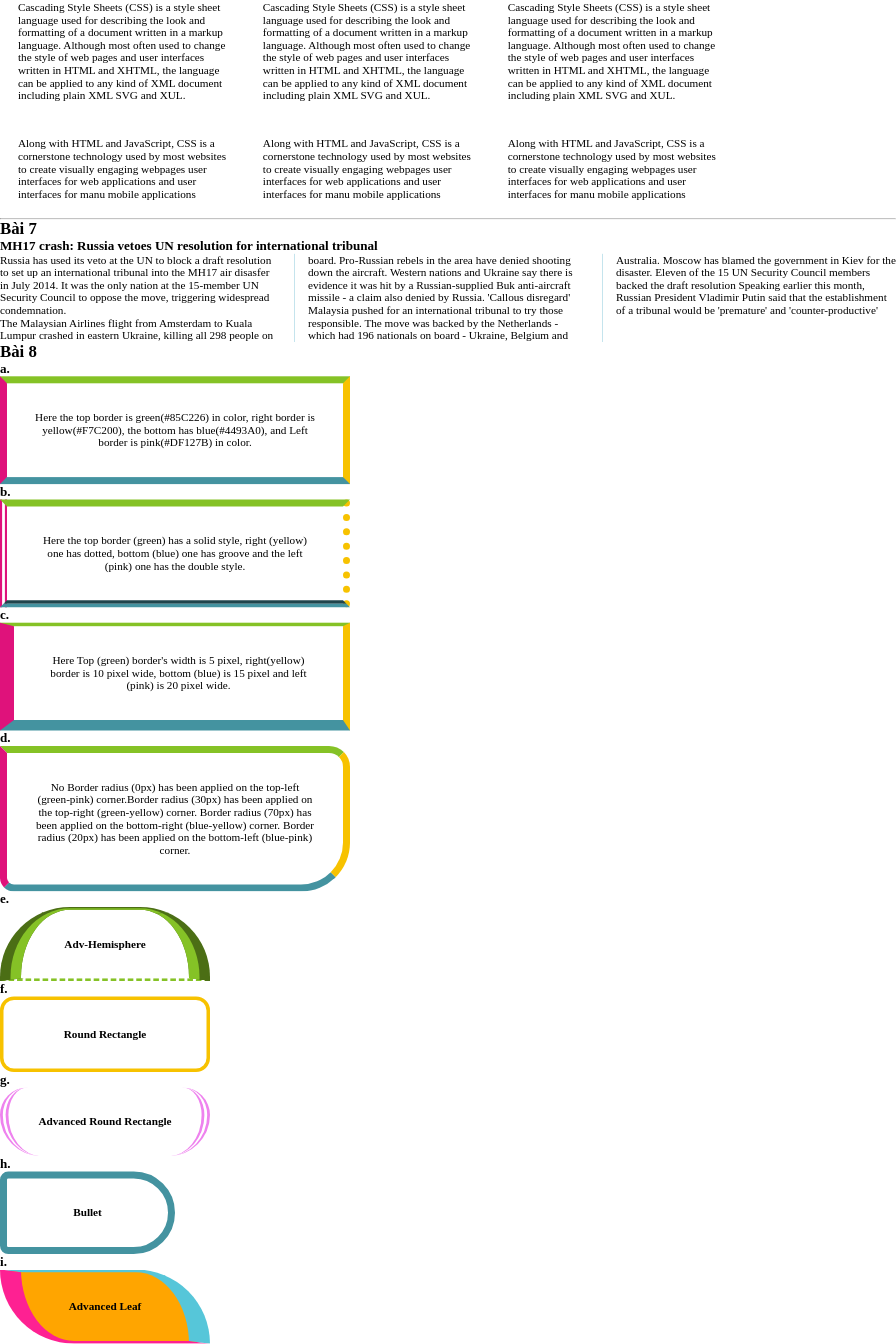
Repository: hoangnguyen1903/STT_21084321_NguyenHuyHoang_DHKHMT17B
Page: html/index.html
The author's editor kept a copy of each file at every save. The page is drawn from the files as they stood at one save, then again after the next save.
The browser window is 1280 px wide. The pictures show the part of the page from y = 2011 to 3931 px (the page is 3931 px tall), at 70% of full size.

Above is the page before, as saved 2023-03-03 15:06:21.

### html/index.html
<!DOCTYPE html>
<html lang="en">
  <head>
    <meta charset="UTF-8" />
    <meta http-equiv="X-UA-Compatible" content="IE=edge" />
    <meta name="viewport" content="width=device-width, initial-scale=1.0" />
    <title>CSS</title>

    <style>
      * {
        box-sizing: border-box;
        padding: 0;
        margin: 0;
      }
      #bai4 > table {
        font-family: "Trebuchet MS, Arial, Helvetica, sans-serif";
        margin: 0 auto;
      }

      #bai4 > h3 {
        color: #993738;
        text-align: center;
      }

      #bai4 > table > thead {
        color: #fff;
        background-color: #993738;
        text-align: left;
      }

      #bai4 > table > tbody > tr:nth-child(odd) {
        color: black;
        background-color: #ccc;
        text-align: left;
      }
      #bai4 > table > tbody > tr:nth-child(even) {
        color: black;
        text-align: left;
      }

      #bai4 > table > thead > tr > th,
      #bai4 > table > tbody > tr > td {
        border: 1px solid #993738;
        padding: 5px 10px;
      }

      #bai5 {
        width: 100%;
        height: 500px;
        background-image: url("../img/bg-1.jpg"), url("../img//bg-2.jpg");
        background-position: right bottom, left top;
        background-repeat: no-repeat, repeat;
      }

      #bai6,
      .row {
        width: 100%;
      }

      #bai6 > .row::before,
      #bai6 > .row::after {
        display: table;
        content: "";
      }

      #bai6 > .row::after {
        clear: both;
      }

      #bai6 > .row > .col1,
      #bai6 > .row > .col2,
      #bai6 > .row > .col3 {
        float: left;
        width: 25.3333%;
        margin: 1%;
        padding: 1%;
      }

      #bai7 > .newspaper {
        -webkit-column-count: 3;
        -moz-column-count: 3;
        column-count: 3;
        -webkit-column-gap: 40px;
        -moz-column-gap: 40px;
        column-gap: 40px;
        -webkit-column-rule-style: solid;
        -moz-column-rule-style: solid;
        column-rule-style: solid;
        -webkit-column-rule-width: 1px;
        -moz-column-rule-width: 1px;
        column-rule-width: 1px;
        -webkit-column-rule-color: lightblue;
        -moz-column-rule-color: lightblue;
        column-rule-color: lightblue;
      }

      #bai8 > .bai8a {
        width: 500px;
        padding: 40px;
        text-align: center;
        border-width: 10px;
        border-style: solid;
        border-color: #85c226 #f7c200 #4493a0 #df127b;
      }

      #bai8 > .bai8b {
        width: 500px;
        padding: 40px;
        text-align: center;
        border-width: 10px;
        border-style: solid dotted groove double;
        border-color: #85c226 #f7c200 #4493a0 #df127b;
      }

      #bai8 > .bai8c {
        width: 500px;
        padding: 40px;
        text-align: center;
        border-width: 5px 10px 15px 20px;
        border-style: solid;
        border-color: #85c226 #f7c200 #4493a0 #df127b;
      }

      #bai8 > .bai8d {
        width: 500px;
        padding: 40px;
        text-align: center;
        border-width: 10px;
        border-style: solid;
        border-color: #85c226 #f7c200 #4493a0 #df127b;
        border-radius: 0px 30px 70px 20px;
      }

      #bai8 > .bai8e {
        width: 300px;
        padding: 40px;
        font-weight: bold;
        text-align: center;
        border-width: 4px 30px 4px 30px;
        border-style: groove ridge dashed groove;
        border-color: #85c226;
        border-radius: 100px 100px 0 0;
        -moz-border-radius: 100px 100px 0 0;
        -webkit-border-radius: 100px 100px 0 0;
      }

      #bai8 > .bai8f {
        width: 300px;
        padding: 40px;
        font-weight: bold;
        text-align: center;
        border-color: #f7c200;
        border-width: 5px;
        border-style: solid;
        border-radius: 20px;
        -moz-border-radius: 20px;
        -webkit-border-radius: 20px;
      }

      #bai8 > .bai8g {
        width: 300px;
        padding: 40px;
        font-weight: bold;
        text-align: center;
        border-color: violet;
        border-width: 0px 12px 0px 12px;
        border-style: double;
        border-radius: 40px 40px 60px 60px;
        -moz-border-radius: 40px 40px 60px 60px;
        -webkit-border-radius: 40px 40px 60px 60px;
      }

      #bai8 > .bai8h {
        width: 250px;
        padding: 40px 0;
        font-weight: bold;
        text-align: center;
        border-color: #4493a0;
        border-width: 10px;
        border-style: solid;
        border-radius: 20px 100px 100px 20px;
        -moz-border-radius: 20px 100px 100px 20px;
        -webkit-border-radius: 20px 100px 100px 20px;
      }
      #bai8 > .bai8h {
        width: 250px;
        padding: 40px 0;
        font-weight: bold;
        text-align: center;
        border-color: #4493a0;
        border-width: 10px;
        border-style: solid;
        border-radius: 20px 100px 100px 20px;
        -moz-border-radius: 20px 100px 100px 20px;
        -webkit-border-radius: 20px 100px 100px 20px;
      }

      #bai8 > .bai8i {
        width: 300px;
        padding: 40px 0;
        font-weight: bold;
        text-align: center;
        background: orange;
        border-width: 4px 30px 4px 30px;
        border-color: #56c6d9 #56c6d9 #fe2192 #fe2192;
        border-style: solid;
        border-radius: 0px 120px 0 120px;
        -moz-border-radius: 0px 120px 0 120px;
        -webkit-border-radius: 0px 120px 0 120px;
      }
    </style>
  </head>
  <body>
    <h2><b>Bài 2</b></h2>
    <div id="bai2">
      <p><i>a)</i></p>
      <div
        id="container"
        style="width: 500px; height: 300px; background-color: gray"
      >
        <h1>A simple div element.</h1>
      </div>
      <p style="text-indent: 1cm; color: red; text-align: justify">
        Thiết lập chế độ độ thụt đầu dòng cho 1 đoạn văn bản. Thuộc tính này có
        thể gán giá trị là tỉ lệ % hoặc một số cụ thể. Thiết lập chế độ độ thụt
        đầu dòng cho 1 đoạn văn bản. Thuộc tính này có thể gán giá trị là tỉ lệ
        % hoặc một số cụ thể.
      </p>
      <p style="text-align: right; color: blue">
        Thuộc tính text-align:right dùng để canh lề phải đoạn văn bản.
      </p>
      <p style="text-align: center; color: green">
        Thuộc tính text-align:center; dùng để canh giữa lề đoạn văn bản.
      </p>
      <p style="text-align: left; color: brown">
        Thuộc tính text-align:left; dùng để canh lề trái đoạn văn bản.
      </p>
      <p style="text-decoration: underline; color: pink">
        Thuộc tính text-decoration: underline; sẽ gạch dưới đoạn văn bản.
      </p>
      <p style="text-decoration: line-through; color: purple">
        Thuộc tính text-decoration: line-through; sẽ gạch ngang đoạn văn bản.
      </p>
      <p style="text-decoration: overline; color: red">
        Thuộc tính text-decoration: overline; sẽ gạch trên đoạn văn bản.
      </p>
      <p
        style="
          text-decoration: blink;
          text-align: justify;
          color: blue;
          text-shadow: 4px 4px 8px blue;
        "
      >
        Thuộc tính text-decoration: blink; sẽ tạo hiệu ứng blink cho đoạn văn
        bản + thuộc tính text-shadow: 4px 4px 8px blue; tạo bóng cho chữ.
      </p>
      <p><i>b)</i></p>
      <div>
        <span
          style="
            color: black;
            font-weight: bold;
            text-shadow: 1px -1px 2px rgba(238, 12, 106, 0.986);
          "
          >Colorful Style</span
        >
        <span
          style="
            color: #70085f;
            background: #f1c0db;
            padding: 5px 10px;
            font-weight: bold;
            text-shadow: #eb0bc5 1px 1px 0;
          "
          >Inset Effect</span
        >
        <span style="text-shadow: 0px -5px 0 #eb0bc5; font-weight: bold"
          >Double Font</span
        >
      </div>
      <div style="margin-top: 20px">
        <span
          style="
            color: rgb(175, 175, 48);
            text-shadow: 4px 2px 2px #fff;
            font-weight: bold;
          "
          >Glossy Style</span
        >
        <span
          style="
            color: red;
            background-color: black;
            padding: 5px 10px;
            font-weight: bold;
          "
          >Grunge Style</span
        >
        <span
          style="
            color: rgb(20, 122, 238);
            background-color: rgb(39, 5, 119);
            padding: 5px 10px;
            font-weight: bold;
          "
          >Neon Glow</span
        >
      </div>
      <div
        style="
          color: #fff;
          background-color: #70085f;
          text-align: center;
          padding: 5px 10px;
          margin-top: 20px;
          width: 300px;
        "
      >
        Cool CSS Text Effects
      </div>
    </div>
    <hr />
    <h2><b>Bài 3</b></h2>
    <table>
      <colgroup>
        <col span="6" style="background-color: blue" />
        <col span="6" style="background-color: blue" />
        <col span="2" style="background-color: green" />
        <col span="2" style="background-color: pink" />
        <col span="3" style="background-color: pink" />
      </colgroup>
      <tr style="background-color: #ccc">
        <th colspan="6">Transaction date</th>
        <th colspan="6">Payment type and details</th>
        <th colspan="2">Paid out</th>
        <th colspan="2">Paid in</th>
        <th colspan="3">Balance</th>
      </tr>

      <tr>
        <td colspan="6">12 Jun 09</td>
        <td colspan="6">Amazon.com</td>
        <td colspan="2">$49.99</td>
        <td colspan="2"></td>
        <td colspan="3">$8411.16</td>
      </tr>
      <tr>
        <td colspan="6">13 Jun 09</td>
        <td colspan="6">Total</td>
        <td colspan="2">$60.00</td>
        <td colspan="2"></td>
        <td colspan="3">$8351.16</td>
      </tr>
      <tr>
        <td colspan="6">14 Jun 09</td>
        <td colspan="6">Whole Foods</td>
        <td colspan="2">$75.28</td>
        <td colspan="2"></td>
        <td colspan="3">$8275.88</td>
      </tr>
      <tr>
        <td colspan="6">14 Jun 09</td>
        <td colspan="6">Visa Payment</td>
        <td colspan="2">$350.00</td>
        <td colspan="2"></td>
        <td colspan="3">$7925.88</td>
      </tr>
      <tr>
        <td colspan="6">15 Jun 09</td>
        <td colspan="6">Cheque 122501</td>
        <td colspan="2"></td>
        <td colspan="2">$1450.00</td>
        <td colspan="3">$9375.88</td>
      </tr>
      <tr>
        <td colspan="6">17 Jun 09</td>
        <td colspan="6">Murco</td>
        <td colspan="2">$60.00</td>
        <td colspan="2"></td>
        <td colspan="3">$9315.88</td>
      </tr>
      <tr>
        <td colspan="6">18 Jun 09</td>
        <td colspan="6">Wrox Press</td>
        <td colspan="2"></td>
        <td colspan="2">$1000.00</td>
        <td colspan="3">$10315.88</td>
      </tr>
      <tr>
        <td colspan="6">18 Jun 09</td>
        <td colspan="6">McLellans Bakery</td>
        <td colspan="2">$25.00</td>
        <td colspan="2"></td>
        <td colspan="3">$10290.88</td>
      </tr>
      <tr>
        <td colspan="6">18 Jun 09</td>
        <td colspan="6">Apple Store</td>
        <td colspan="2">$1350.00</td>
        <td colspan="2"></td>
        <td colspan="3">$8940.88</td>
      </tr>

      <tr style="background-color: #ccc">
        <td colspan="6"></td>
        <td colspan="6"></td>
        <td colspan="2">$1970.27</td>
        <td colspan="2">$2450.00</td>
        <td colspan="3">$8940.88</td>
      </tr>
    </table>
    <br />
    <table>
      <tr style="background-color: #ccc">
        <th colspan="6">Transaction date</th>
        <th colspan="6">Payment type and details</th>
        <th colspan="2">Paid out</th>
        <th colspan="2">Paid in</th>
        <th colspan="3">Balance</th>
      </tr>

      <tr>
        <td colspan="6">12 Jun 09</td>
        <td colspan="6">Amazon.com</td>
        <td colspan="2">$49.99</td>
        <td colspan="2"></td>
        <td colspan="3">$8411.16</td>
      </tr>
      <tr>
        <td colspan="6">13 Jun 09</td>
        <td colspan="6">Total</td>
        <td colspan="2">$60.00</td>
        <td colspan="2"></td>
        <td colspan="3">$8351.16</td>
      </tr>
      <tr>
        <td colspan="6">14 Jun 09</td>
        <td colspan="6">Whole Foods</td>
        <td colspan="2">$75.28</td>
        <td colspan="2"></td>
        <td colspan="3">$8275.88</td>
      </tr>
      <tr>
        <td colspan="6">14 Jun 09</td>
        <td colspan="6">Visa Payment</td>
        <td colspan="2">$350.00</td>
        <td colspan="2"></td>
        <td colspan="3">$7925.88</td>
      </tr>
      <tr>
        <td colspan="6">15 Jun 09</td>
        <td colspan="6">Cheque 122501</td>
        <td colspan="2"></td>
        <td colspan="2">$1450.00</td>
        <td colspan="3">$9375.88</td>
      </tr>
      <tr>
        <td colspan="6">17 Jun 09</td>
        <td colspan="6">Murco</td>
        <td colspan="2">$60.00</td>
        <td colspan="2"></td>
        <td colspan="3">$9315.88</td>
      </tr>
      <tr>
        <td colspan="6">18 Jun 09</td>
        <td colspan="6">Wrox Press</td>
        <td colspan="2"></td>
        <td colspan="2">$1000.00</td>
        <td colspan="3">$10315.88</td>
      </tr>
      <tr>
        <td colspan="6">18 Jun 09</td>
        <td colspan="6">McLellans Bakery</td>
        <td colspan="2">$25.00</td>
        <td colspan="2"></td>
        <td colspan="3">$10290.88</td>
      </tr>
      <tr>
        <td colspan="6">18 Jun 09</td>
        <td colspan="6">Apple Store</td>
        <td colspan="2">$1350.00</td>
        <td colspan="2"></td>
        <td colspan="3">$8940.88</td>
      </tr>

      <tr style="background-color: #ccc">
        <td colspan="6"></td>
        <td colspan="6"></td>
        <td colspan="2">$1970.27</td>
        <td colspan="2">$2450.00</td>
        <td colspan="3">$8940.88</td>
      </tr>
    </table>
    <hr />
    <h2><b>Bài 4</b></h2>
    <div id="bai4">
      <h3>Exercise</h3>
      <table>
        <thead>
          <tr>
            <th span="12">Region</th>
            <th span="8">Percentage</th>
          </tr>
        </thead>
        <tbody>
          <tr>
            <td span="12">New England</td>
            <td span="8">12%</td>
          </tr>
          <tr>
            <td span="12">Mid-Alantic</td>
            <td span="8">19%</td>
          </tr>
          <tr>
            <td span="12">Soutd and Puerto Rico</td>
            <td span="8">15%</td>
          </tr>
          <tr>
            <td span="12">Midwest and Plains States</td>
            <td span="8">12%</td>
          </tr>
          <tr>
            <td span="12">Southwest and Mountain</td>
            <td span="8">20%</td>
          </tr>
          <tr>
            <td span="12">West, Alaska, and Hawaii</td>
            <td span="8">20%</td>
          </tr>
          <tr>
            <td span="12">Abroad</td>
            <td span="8">13%</td>
          </tr>
        </tbody>
      </table>
    </div>
    <hr />
    <h2><b>Bài 5</b></h2>
    <div id="bai5"></div>
    <hr />
    <h2><b>Bài 6</b></h2>
    <div id="bai6">
      <div class="row">
        <div class="col1">
          <p>
            Cascading Style Sheets (CSS) is a style sheet language used for
            describing the look and formatting of a document written in a markup
            language. Although most often used to change the style of web pages
            and user interfaces written in HTML and XHTML, the language can be
            applied to any kind of XML document including plain XML SVG and XUL.
          </p>
        </div>
        <div class="col2">
          <p>
            Cascading Style Sheets (CSS) is a style sheet language used for
            describing the look and formatting of a document written in a markup
            language. Although most often used to change the style of web pages
            and user interfaces written in HTML and XHTML, the language can be
            applied to any kind of XML document including plain XML SVG and XUL.
          </p>
        </div>
        <div class="col3">
          <p>
            Cascading Style Sheets (CSS) is a style sheet language used for
            describing the look and formatting of a document written in a markup
            language. Although most often used to change the style of web pages
            and user interfaces written in HTML and XHTML, the language can be
            applied to any kind of XML document including plain XML SVG and XUL.
          </p>
        </div>
      </div>
      <div class="row">
        <div class="col1">
          <p>
            Along with HTML and JavaScript, CSS is a cornerstone technology used
            by most websites to create visually engaging webpages user
            interfaces for web applications and user interfaces for manu mobile
            applications
          </p>
        </div>
        <div class="col2">
          <p>
            Along with HTML and JavaScript, CSS is a cornerstone technology used
            by most websites to create visually engaging webpages user
            interfaces for web applications and user interfaces for manu mobile
            applications
          </p>
        </div>
        <div class="col3">
          <p>
            Along with HTML and JavaScript, CSS is a cornerstone technology used
            by most websites to create visually engaging webpages user
            interfaces for web applications and user interfaces for manu mobile
            applications
          </p>
        </div>
      </div>
    </div>
    <hr />
    <h2><b>Bài 7</b></h2>
    <div id="bai7">
      <h3>
        <b
          >MH17 crash: Russia vetoes UN resolution for international tribunal</b
        >
      </h3>
      <div class="newspaper">
        <p>
          Russia has used its veto at the UN to block a draft resolution to set
          up an international tribunal into the MH17 air disasfer in July 2014.
          It was the only nation at the 15-member UN Security Council to oppose
          the move, triggering widespread condemnation.
        </p>
        <p>
          The Malaysian Airlines flight from Amsterdam to Kuala Lumpur crashed
          in eastern Ukraine, killing all 298 people on board. Pro-Russian
          rebels in the area have denied shooting down the aircraft. Western
          nations and Ukraine say there is evidence it was hit by a
          Russian-supplied Buk anti-aircraft missile - a claim also denied by
          Russia. 'Callous disregard'
        </p>
        <p>
          Malaysia pushed for an international tribunal to try those
          responsible. The move was backed by the Netherlands - which had 196
          nationals on board - Ukraine, Belgium and Australia. Moscow has blamed
          the government in Kiev for the disaster. Eleven of the 15 UN Security
          Council members backed the draft resolution Speaking earlier this
          month, Russian President Vladimir Putin said that the establishment of
          a tribunal would be 'premature' and 'counter-productive'
        </p>
      </div>
    </div>
    <h2><b>Bài 8</b></h2>
    <div id="bai8">
      <h3><b>a.</b></h3>
      <div class="bai8a">
        Here the top border is green(#85C226) in color, right border is
        yellow(#F7C200), the bottom has blue(#4493A0), and Left border is
        pink(#DF127B) in color.
      </div>
      <h3><b>b.</b></h3>
      <div class="bai8b">
        Here the top border (green) has a solid style, right (yellow) one has
        dotted, bottom (blue) one has groove and the left (pink) one has the
        double style.
      </div>
      <h3><b>c.</b></h3>
      <div class="bai8c">
        Here Top (green) border's width is 5 pixel, right(yellow) border is 10
        pixel wide, bottom (blue) is 15 pixel and left (pink) is 20 pixel wide.
      </div>
      <h3><b>d.</b></h3>
      <div class="bai8d">
        No Border radius (0px) has been applied on the top-left (green-pink)
        corner.Border radius (30px) has been applied on the top-right
        (green-yellow) corner. Border radius (70px) has been applied on the
        bottom-right (blue-yellow) corner. Border radius (20px) has been applied
        on the bottom-left (blue-pink) corner.
      </div>
      <h3><b>e.</b></h3>
      <div class="bai8e">Adv-Hemisphere</div>
      <h3><b>f.</b></h3>
      <div class="bai8f">Round Rectangle</div>
      <h3><b>g.</b></h3>
      <div class="bai8g">Advanced Round Rectangle</div>
      <h3><b>h.</b></h3>
      <div class="bai8h">Bullet</div>
      <h3><b>i.</b></h3>
      <div class="bai8i">Advanced Leaf</div>
    </div>
  </body>
</html>

After the next save:
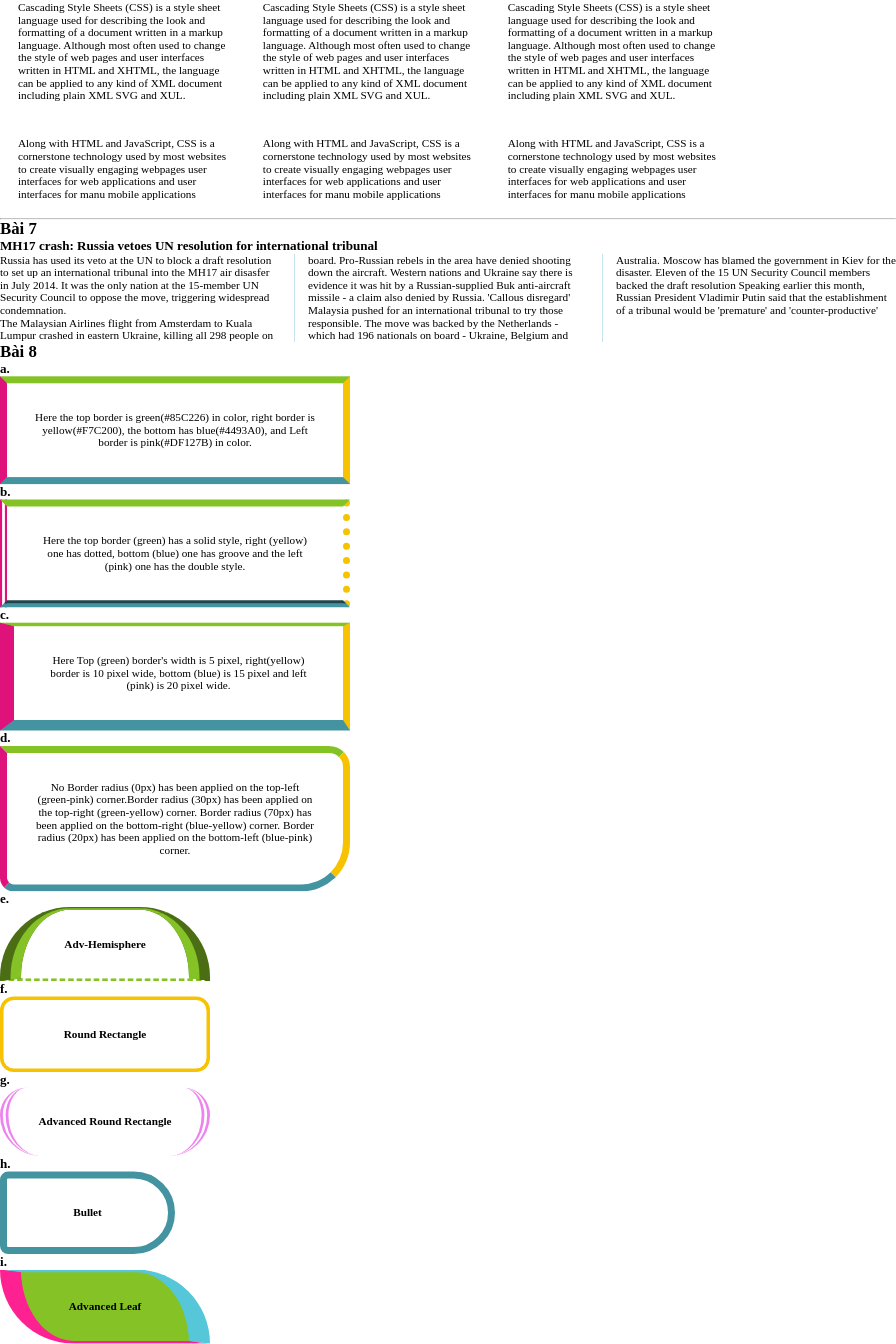
Saved 33 s later.
--- a/html/index.html
+++ b/html/index.html
@@ -200,7 +200,7 @@
         padding: 40px 0;
         font-weight: bold;
         text-align: center;
-        background: orange;
+        background: #85c226;
         border-width: 4px 30px 4px 30px;
         border-color: #56c6d9 #56c6d9 #fe2192 #fe2192;
         border-style: solid;
